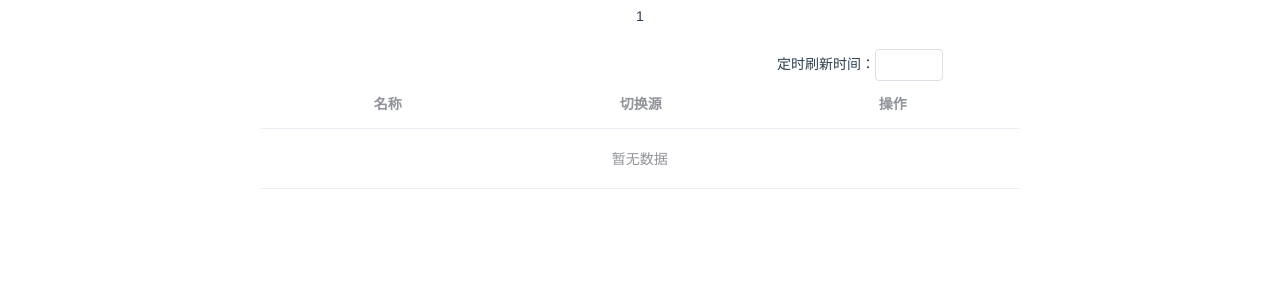
Repository: faintout/BHMQTTSendTool
Page: /
An editor plug-in stored every save of this project. The page is shown before and after the next save, followed by the edit.
The browser window is 1280 px wide. The pictures show the whole page.
The project was rebuilt for these pictures with package versions that can differ from the ones it lists, and the page was loaded fresh each time. Also part of the build but not shown: vue.config.js, src/views/MqttSendTool.vue, src/views/header.vue.

Above is the page before, as saved 2020-09-03 15:19:40.

After the next save:
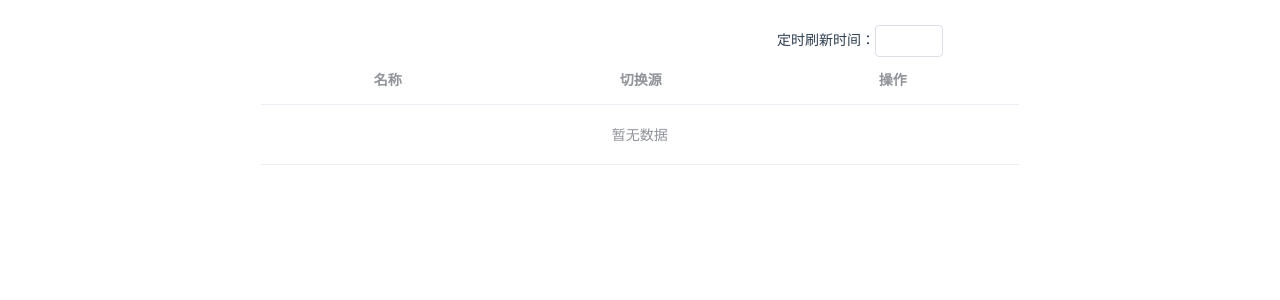
Saved 7 s later.
--- a/src/views/layout.vue
+++ b/src/views/layout.vue
@@ -1,6 +1,6 @@
 <template>
     <div>
-        <header>1</header>
+        <header></header>
         <!-- <mqtt-send-tool v-if='activeIndex==1'></mqtt-send-tool>
         <moving-info-show v-if='activeIndex==2'></moving-info-show> -->
         <router-view></router-view>
